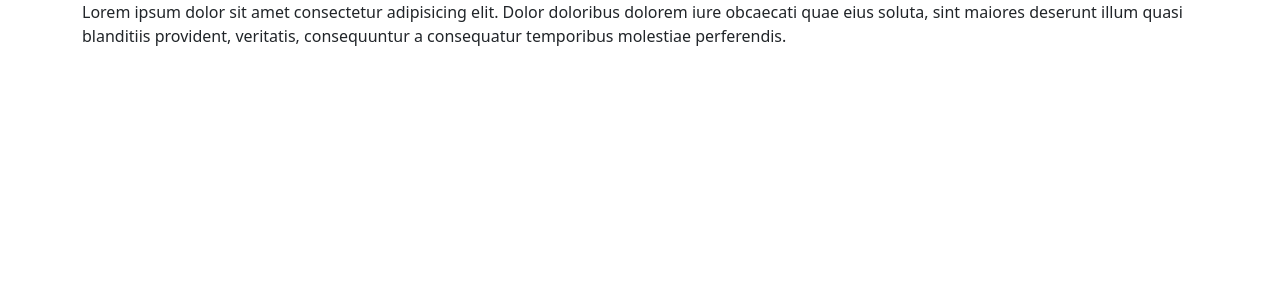
Repository: mrjayajay/week-1-code-challenges
Page: boot/index.html
The author's editor kept a copy of each file at every save. The page is drawn from the files as they stood at one save, then again after the next save.
The browser window is 1280 px wide. The pictures show the whole page.

Above is the page before, as saved 2024-03-13 07:15:37.

After the next save:
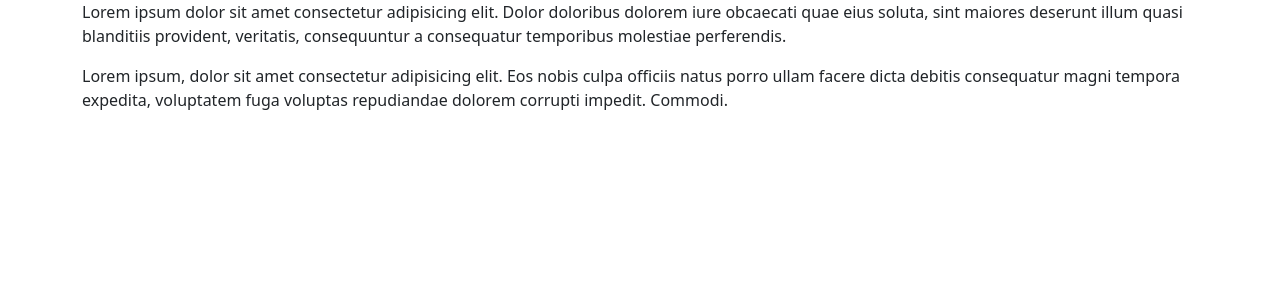
Saved 48 s later.
--- a/boot/index.html
+++ b/boot/index.html
@@ -14,6 +14,10 @@
             <p>Lorem ipsum dolor sit amet consectetur adipisicing elit. Dolor doloribus dolorem iure obcaecati quae eius soluta, sint maiores deserunt illum quasi blanditiis provident, veritatis, consequuntur a consequatur temporibus molestiae perferendis.</p>
 
         </div>
+        <div col-md-6>
+            <p>Lorem ipsum, dolor sit amet consectetur adipisicing elit. Eos nobis culpa officiis natus porro ullam facere dicta debitis consequatur magni tempora expedita, voluptatem fuga voluptas repudiandae dolorem corrupti impedit. Commodi.</p>
+
+        </div>
 
 
      </div>
